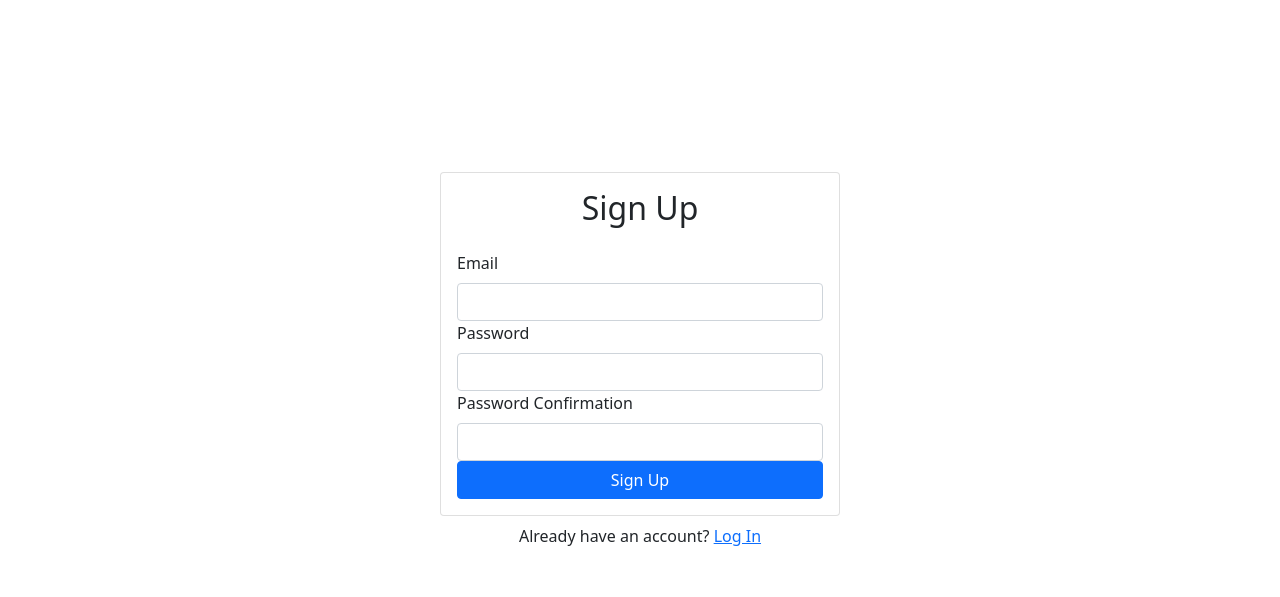
Repository: JaydenTianranYang/EsolApp
Page: /signup
These files come from the project's save history. The page is drawn as it stood at one moment and after the next save; the edit follows.
The browser window is 1280 px wide. The pictures show the whole page.
The project was rebuilt for these pictures with package versions that can differ from the ones it lists, and the page was loaded fresh each time. Also part of the build but not shown: src/components/App.css, src/components/Homepage.js, src/components/Login.js.

Above is the page before, as saved 2022-04-07 23:09:27.

### src/index.js
import React from 'react';
import ReactDOM from 'react-dom';
import './index.css';
import App from './components/App';
import reportWebVitals from './reportWebVitals';
import "bootstrap/dist/css/bootstrap.min.css"

ReactDOM.render(
  <React.StrictMode>
    <App />
  </React.StrictMode>,
  document.getElementById('root')
);

// If you want to start measuring performance in your app, pass a function
// to log results (for example: reportWebVitals(console.log))
// or send to an analytics endpoint. Learn more: https://bit.ly/CRA-vitals
reportWebVitals();

### src/components/App.js
import React from 'react'
import Signup from './Signup'
import Homepage from './Homepage';
import Login from './Login';
import { Container } from 'react-bootstrap'
import { AuthProvider } from '../contexts/AuthContext';
import { BrowserRouter as Router, Switch, Route } from 'react-router-dom'

function App() {
  return (
    <Container className="d-flex align-items-center justify-content-center"
      style={{ minHeight: "100vh" }}
    >
      <div className="w-100" style={{ maxWidth: "400px" }}>
        <Router>
          <AuthProvider>
            <Switch>
              <Route exact path="/" component={Homepage} />
              <Route path = "/signup" component={Signup} />
              <Route path = "/login" component={Login} />
            </Switch>
          </AuthProvider>
        </Router>
      </div>
    </Container>
  )
}

export default App;

### src/components/Signup.js
import React, { useRef, useState } from 'react'
import { Form, Button, Card, Alert } from 'react-bootstrap'
import { useAuth } from '../contexts/AuthContext'
import { Link, useHistory} from 'react-router-dom'

export default function Signup() {
    const emailRef = useRef()
    const passwordRef = useRef()
    const passwordConfirmRef = useRef()
    const { signup } = useAuth()
    const [error, setError] = useState('')
    const [loading, setLoading] = useState(false)
    const history = useHistory()

    async function handleSubmit(e) {
        e.preventDefault()
        if (passwordRef.current.value !== passwordConfirmRef.current.value){
            return setError('Password do not match')
        }

        try{
            setError('')
            setLoading(true)
            await signup(emailRef.current.value, passwordRef.current.value)
            history.push("/")
        } catch {
            setError('Failed to create an account')
        }
        setLoading(false)
    }

    return (
        <>
            <Card>
                <Card.Body>
                    <h2 className="text-center mb-4">Sign Up</h2>
                    {error && <Alert varaint="danger">{error}</Alert>}
                    <Form onSubmit={handleSubmit}>
                        <Form.Group id="email">
                            <Form.Label>Email</Form.Label>
                            <Form.Control type="email" ref={emailRef} required />
                        </Form.Group>
                        <Form.Group id="password">
                            <Form.Label>Password</Form.Label>
                            <Form.Control type="password" ref={passwordRef} required />
                        </Form.Group>
                        <Form.Group id="password-confirm">
                            <Form.Label>Password Confirmation</Form.Label>
                            <Form.Control type="password" ref={passwordConfirmRef} required />
                        </Form.Group>
                        <Button disabled={loading} className="w-100" type="submit">Sign Up</Button>
                    </Form>
                </Card.Body>
            </Card>
            <div className="w-100 text-center mt-2">
                Already have an account? <Link to="/login">Log In</Link>
            </div>
        </>
    )
}

### src/contexts/AuthContext.js
import React, { useContext, useState, useEffect } from 'react'
import { auth } from '../firebase'

const AuthContext = React.createContext()

export function useAuth() {
    return useContext(AuthContext)
}

export function AuthProvider({ children }) {
    const [currentUser, setCurrentUser] = useState()
    const [loading, setLoading] = useState(true)

    function signup(email, password) {
        return auth.createUserWithEmailAndPassword(email, password)
    }

    function login(email, password) {
        return auth.signInWithEmailAndPassword(email, password)
    }

    useEffect(() => {
        const unsubscribe = auth.onAuthStateChanged(user => {
            setCurrentUser(user)
            setLoading(false)
        })

        return unsubscribe
    }, [])



    const value = {
        currentUser,
        signup,
        login
    }

    return (
        <AuthContext.Provider value={value}>
            {!loading && children}
        </AuthContext.Provider>
    )
}

### src/firebase.js
import firebase from "firebase/compat/app"
import "firebase/compat/auth"

const app = firebase.initializeApp({
    apiKey: process.env.REACT_APP_FIREBASE_API_KEY,
    authDomain: process.env.REACT_APP_FIREBASE_AUTH_DOMAIN,
    projectId: process.env.REACT_APP_FIREBASE_PROJECT_ID,
    storageBucket: process.env.REACT_APP_FIREBASE_STORAGE_BUCKET,
    messagingSenderId: process.env.REACT_APP_FIREBASE_MESSAGING_SENDER_ID,
    appId: process.env.REACT_APP_FIREBASE_APP_ID
})

export const auth = app.auth()
export default app

Loaded but not shown: public/index.html (common file); src/index.css (common file); src/reportWebVitals.js (common file)

After the next save:
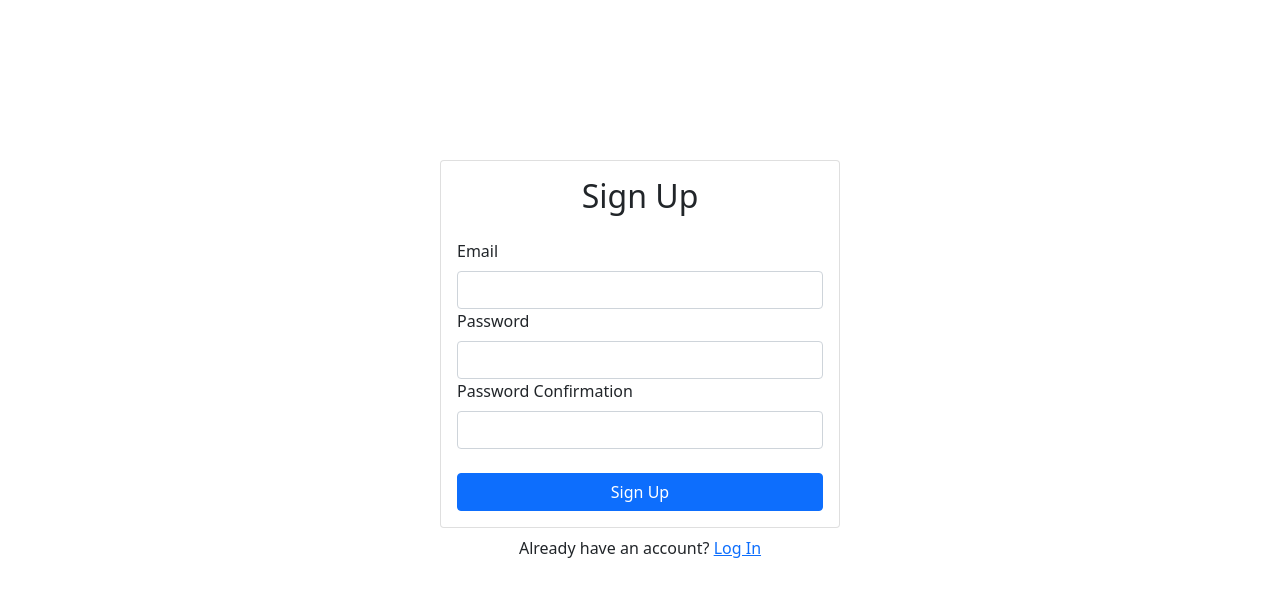
Saved 6 min 8 s later.
--- a/src/components/Signup.js
+++ b/src/components/Signup.js
@@ -48,7 +48,7 @@
                             <Form.Label>Password Confirmation</Form.Label>
                             <Form.Control type="password" ref={passwordConfirmRef} required />
                         </Form.Group>
-                        <Button disabled={loading} className="w-100" type="submit">Sign Up</Button>
+                        <Button disabled={loading} className="w-100 mt-4" type="submit">Sign Up</Button>
                     </Form>
                 </Card.Body>
             </Card>
